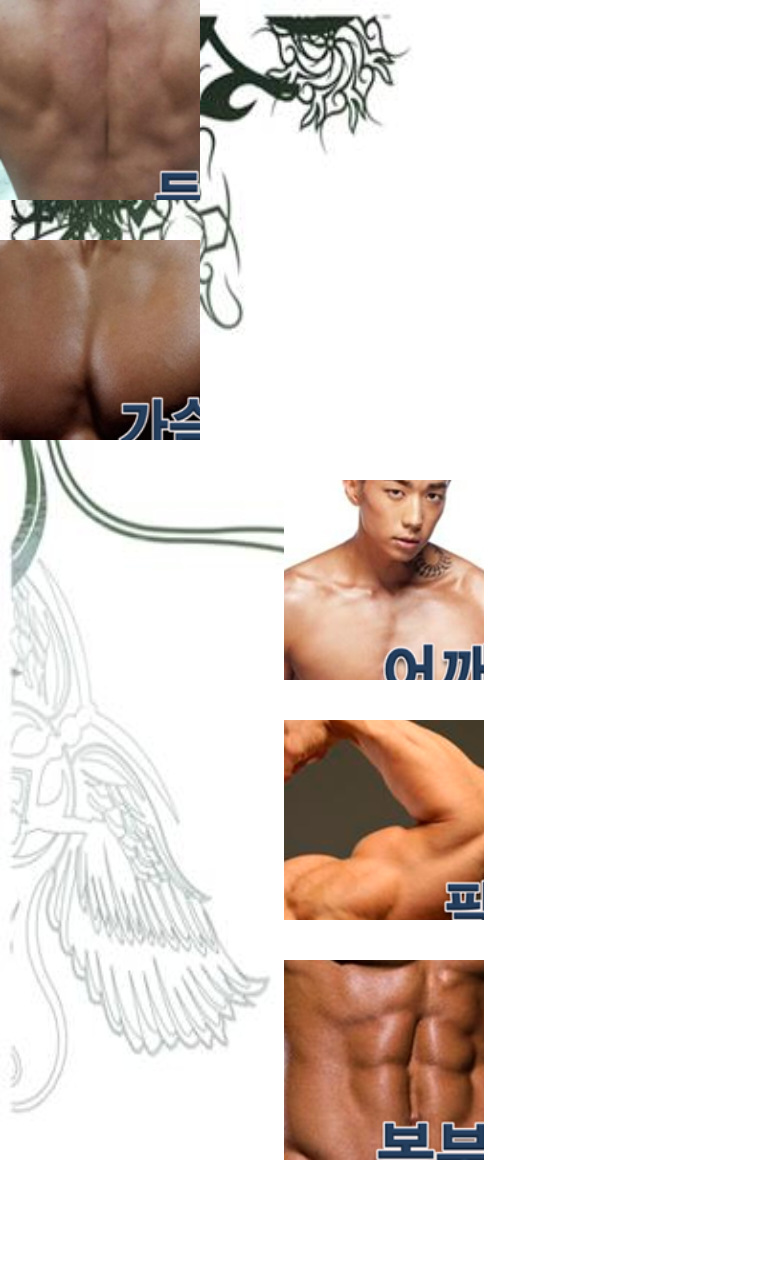
Repository: LewisLim579/2013TeamProject
Layout: PtsApp/res/layout/sangche.xml
The author's editor kept a copy of each file at every save. The layout is drawn from the files as they stood at one save, then again after the next save.
It is drawn on a 768 x 1280 px phone screen (xhdpi) without system bars, with theme android:Theme.NoTitleBar.Fullscreen; the app's code is not run.

Above is the layout before, as saved 2013-05-26 11:52:28.

After the next save:
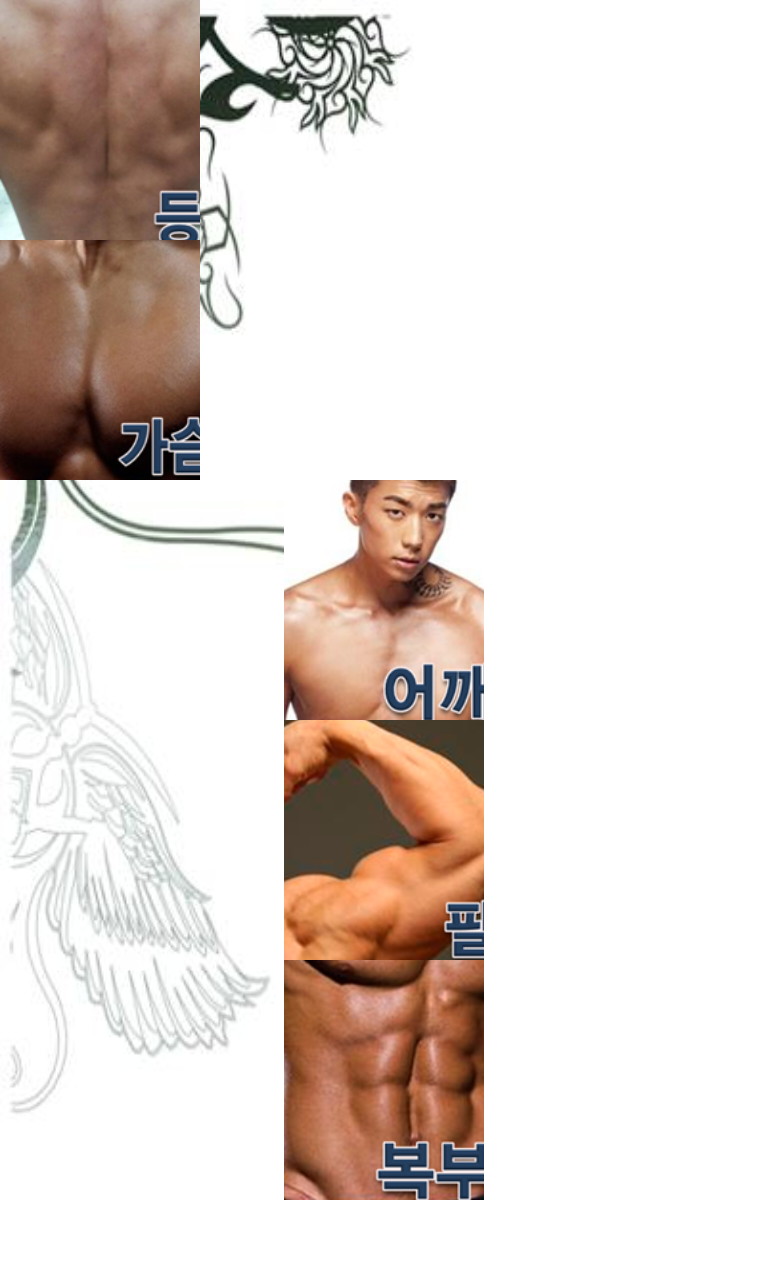
Saved 4 min 26 s later.
--- a/PtsApp/res/layout/sangche.xml
+++ b/PtsApp/res/layout/sangche.xml
@@ -13,7 +13,7 @@
         <ImageButton
             android:id="@+id/s1"
             android:layout_width="100dp"
-            android:layout_height="100dp"
+            android:layout_height="match_parent"
             android:layout_gravity="center"
             android:background="#00000000"
             android:src="@drawable/s1" />
@@ -28,7 +28,7 @@
         <ImageButton
             android:id="@+id/s2"
             android:layout_width="100dp"
-            android:layout_height="100dp"
+            android:layout_height="match_parent"
             android:layout_gravity="center"
             android:background="#00000000"
             android:src="@drawable/s2" />
@@ -43,7 +43,7 @@
         <ImageButton
             android:id="@+id/s3"
             android:layout_width="100dp"
-            android:layout_height="100dp"
+            android:layout_height="match_parent"
             android:layout_gravity="center"
             android:background="#00000000"
             android:src="@drawable/s3" />
@@ -58,7 +58,7 @@
         <ImageButton
             android:id="@+id/s4"
             android:layout_width="100dp"
-            android:layout_height="100dp"
+            android:layout_height="match_parent"
             android:layout_gravity="center"
             android:background="#00000000"
             android:src="@drawable/s4" />
@@ -73,7 +73,7 @@
         <ImageButton
             android:id="@+id/s5"
             android:layout_width="100dp"
-            android:layout_height="100dp"
+            android:layout_height="match_parent"
             android:layout_gravity="center"
             android:background="#00000000"
             android:src="@drawable/s5" />
